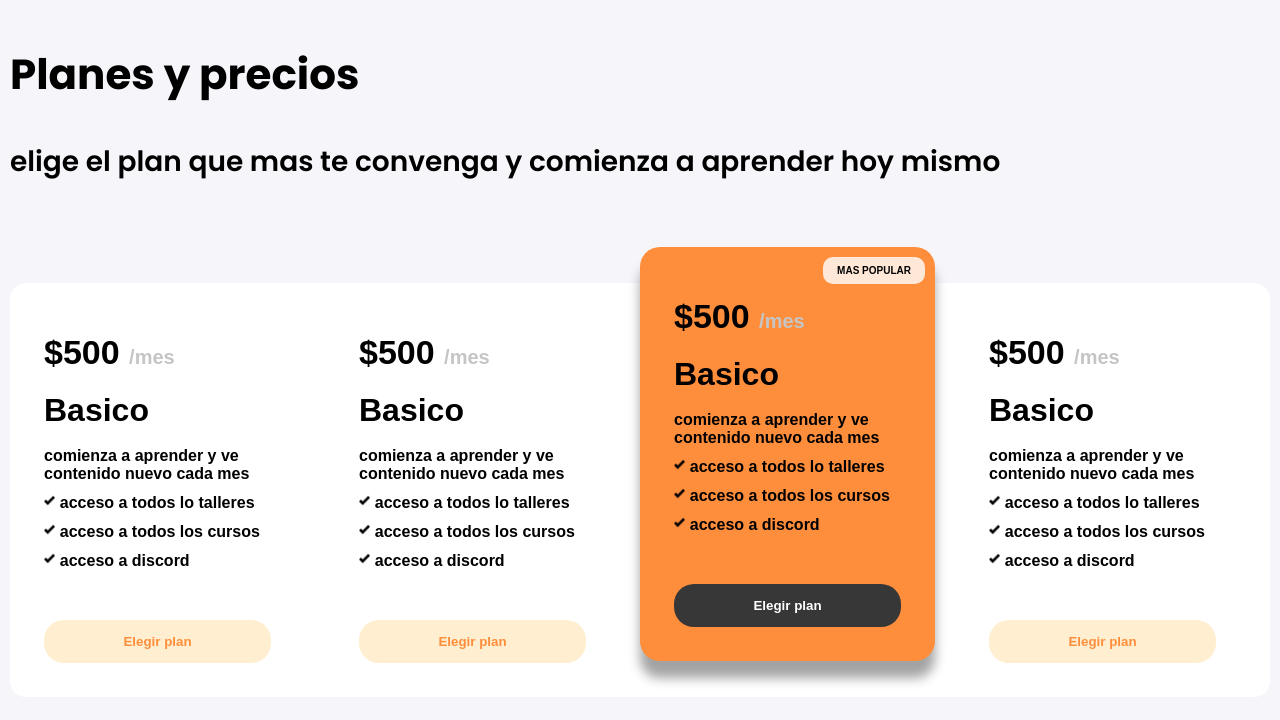
Repository: darkmantiz2/Tarjetas-planes
Page: index.html
An editor plug-in stored every save of this project. The page is shown before and after the next save, followed by the edit.
The browser window is 1280 px wide. The pictures show the whole page.

Above is the page before, as saved 2022-01-11 15:15:16.

After the next save:
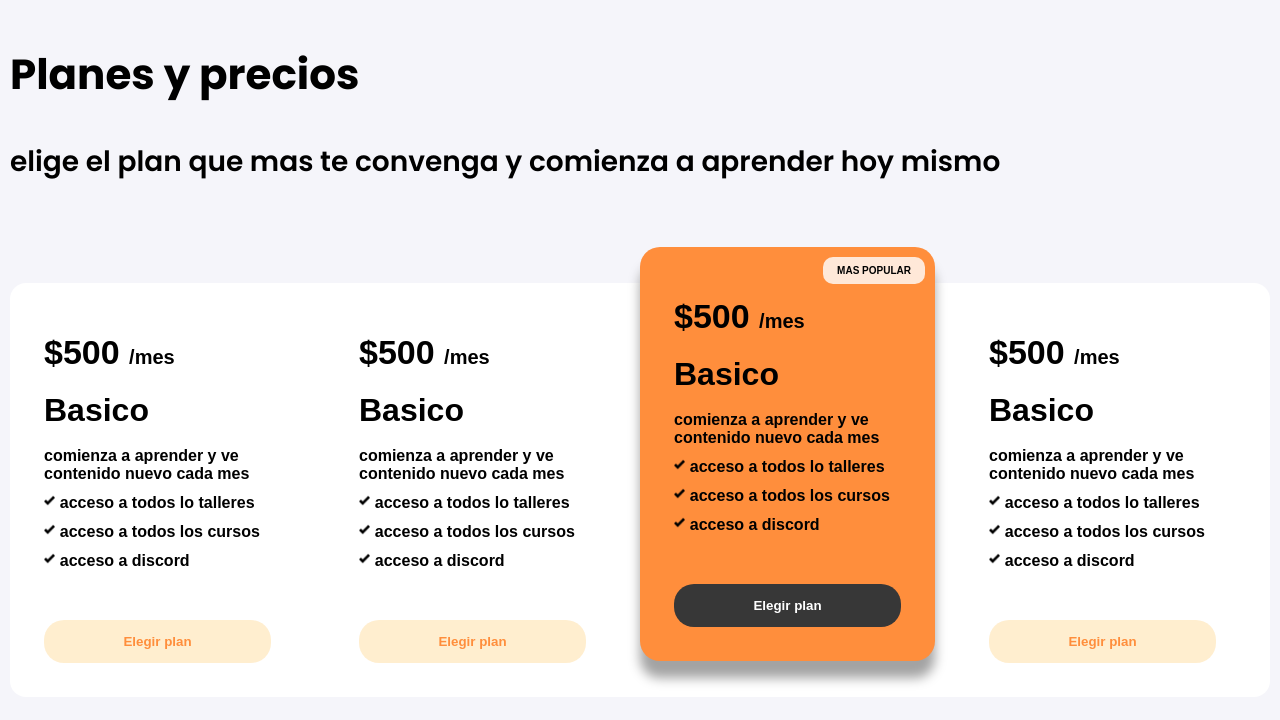
Saved 55 s later.
--- a/css/index.css
+++ b/css/index.css
@@ -171,8 +171,3 @@ body {
   max-width: 1260px;
   width: 100%;
 }
-
-.card-month {
-  font-size: 20px;
-  color: #c5c5c5;
-}
